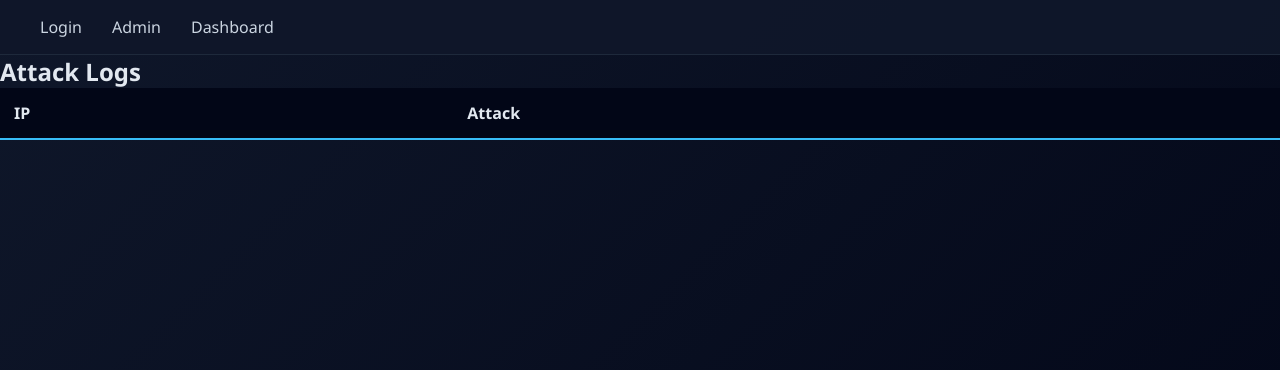
Repository: phanindrareddy2006/Honeypot
Page: /dashboard (app in honeypot-frontend/)
The author's editor kept a copy of each file at every save. The page is drawn from the files as they stood at one save, then again after the next save.
The browser window is 1280 px wide. The pictures show the whole page.
The page's requests for data from a server got no answer. The project was rebuilt for these pictures with package versions that can differ from the ones it lists, and the page was loaded fresh each time. No one was signed in, and anything a server would have sent is missing. Also part of the build but not shown: honeypot-frontend/vite.config.js, honeypot-frontend/src/components/Login.css, honeypot-frontend/src/components/Login.jsx, honeypot-frontend/src/components/Admin.css, honeypot-frontend/src/components/Admin.jsx.

Above is the page before, as saved 2026-02-21 10:30:55.

### honeypot-frontend/index.html
<!doctype html>
<html lang="en">
  <head>
    <meta charset="UTF-8" />
    <link rel="icon" type="image/svg+xml" href="/vite.svg" />
    <meta name="viewport" content="width=device-width, initial-scale=1.0" />
    <title>honeypot-frontend</title>
  </head>
  <body>
    <div id="root"></div>
    <script type="module" src="/src/main.jsx"></script>
  </body>
</html>

### honeypot-frontend/src/main.jsx
import React from 'react'
import ReactDOM from 'react-dom/client'
import App from './App.jsx'

ReactDOM.createRoot(document.getElementById('root')).render(
  <App />
)

### honeypot-frontend/src/App.jsx
import { BrowserRouter, Routes, Route, Link } from "react-router-dom";

import Login from "./components/Login";
import Admin from "./components/Admin";
import Dashboard from "./components/Dashboard";

import "./App.css";

function App(){

return(

<BrowserRouter>

<nav>

<Link to="/">Login</Link>

<Link to="/admin">Admin</Link>

<Link to="/dashboard">Dashboard</Link>

</nav>

<Routes>

<Route path="/" element={<Login/>} />

<Route path="/admin" element={<Admin/>} />

<Route path="/dashboard" element={<Dashboard/>} />

</Routes>

</BrowserRouter>

);

}

export default App;

### honeypot-frontend/src/components/Dashboard.jsx
import {useState,useEffect} from "react";
import "./Dashboard.css";

function Dashboard(){

const [logs,setLogs]=useState([]);

useEffect(()=>{

fetch("http://localhost:8080/api/attacks")

.then(res=>res.json())

.then(data=>setLogs(data));

},[]);

return(

<div>

<h2>Attack Logs</h2>

<table>

<tr>
<th>IP</th>
<th>Attack</th>
</tr>

{
logs.map(log=>(

<tr key={log.id}>
<td>{log.ip}</td>
<td>{log.attackType}</td>
</tr>

))
}

</table>

</div>

);

}

export default Dashboard;

### honeypot-frontend/src/App.css
/* App.css */

* {
  margin: 0;
  padding: 0;
  box-sizing: border-box;
  font-family: "Segoe UI", Roboto, Arial, sans-serif;
}

body {
  background: linear-gradient(135deg, #0f172a, #020617);
  color: #e2e8f0;
  min-height: 100vh;
}

/* Navbar */

nav {
  background: rgba(15, 23, 42, 0.95);
  padding: 16px 40px;
  display: flex;
  gap: 30px;
  border-bottom: 1px solid #1e293b;
}

nav a {
  color: #cbd5e1;
  text-decoration: none;
  font-size: 16px;
  font-weight: 500;
  transition: 0.3s;
}

nav a:hover {
  color: #38bdf8;
}

### honeypot-frontend/src/components/Dashboard.css
/* Dashboard.css */

.dashboard {

  padding: 40px;

}

.dashboard h2 {

  margin-bottom: 20px;

  color: #38bdf8;

}

table {

  width: 100%;

  border-collapse: collapse;

  background: rgba(15, 23, 42, 0.95);

}

th {

  background: #020617;

  padding: 14px;

  text-align: left;

  border-bottom: 2px solid #38bdf8;

}

td {

  padding: 12px;

  border-bottom: 1px solid #1e293b;

}

tr:hover {

  background: rgba(56, 189, 248, 0.1);

}

After the next save:
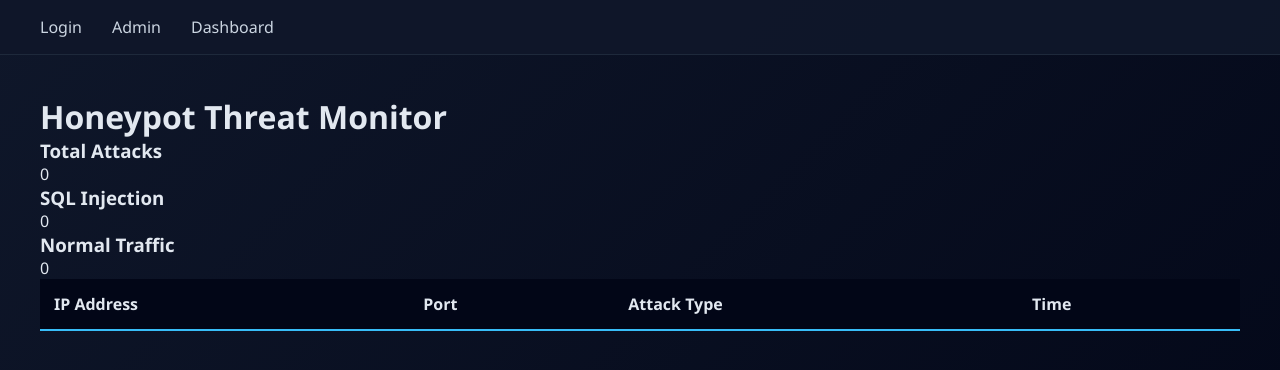
Saved 3 min 14 s later.
--- a/honeypot-frontend/src/components/Dashboard.jsx
+++ b/honeypot-frontend/src/components/Dashboard.jsx
@@ -1,45 +1,107 @@
-import {useState,useEffect} from "react";
+import { useEffect, useState } from "react";
 import "./Dashboard.css";
 
-function Dashboard(){
+function Dashboard() {
 
-const [logs,setLogs]=useState([]);
+const [logs, setLogs] = useState([]);
 
-useEffect(()=>{
+useEffect(() => {
 
 fetch("http://localhost:8080/api/attacks")
 
-.then(res=>res.json())
+.then(res => res.json())
 
-.then(data=>setLogs(data));
+.then(data => setLogs(data));
 
-},[]);
+}, []);
 
-return(
+const total = logs.length;
 
-<div>
+const sql = logs.filter(l => l.attackType === "SQL Injection").length;
 
-<h2>Attack Logs</h2>
+const normal = logs.filter(l => l.attackType === "Normal").length;
+
+return (
+
+<div className="dashboard">
+
+<h1 className="title">Honeypot Threat Monitor</h1>
+
+<div className="cards">
+
+<div className="card">
+
+<h3>Total Attacks</h3>
+
+<p>{total}</p>
+
+</div>
+
+<div className="card danger">
+
+<h3>SQL Injection</h3>
+
+<p>{sql}</p>
+
+</div>
+
+<div className="card safe">
+
+<h3>Normal Traffic</h3>
+
+<p>{normal}</p>
+
+</div>
+
+</div>
+
+<div className="table-container">
 
 <table>
 
+<thead>
+
 <tr>
-<th>IP</th>
-<th>Attack</th>
+
+<th>IP Address</th>
+
+<th>Port</th>
+
+<th>Attack Type</th>
+
+<th>Time</th>
+
 </tr>
 
-{
-logs.map(log=>(
+</thead>
+
+<tbody>
+
+{logs.map(log => (
 
 <tr key={log.id}>
+
 <td>{log.ip}</td>
-<td>{log.attackType}</td>
+
+<td>{log.port}</td>
+
+<td className={log.attackType === "SQL Injection" ? "danger-text" : "safe-text"}>
+
+{log.attackType}
+
+</td>
+
+<td>{log.timestamp}</td>
+
 </tr>
 
-))
-}
+))}
+
+</tbody>
 
 </table>
+
+</div>
 
 </div>
 
